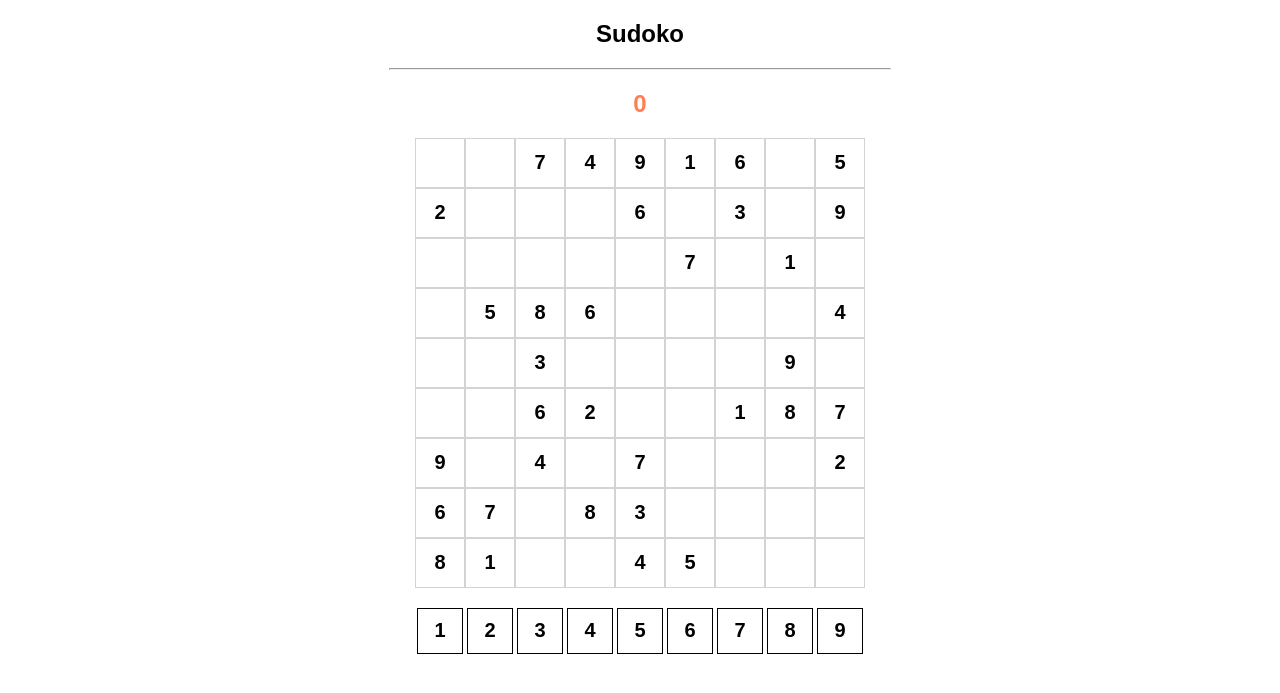
Repository: divyaravada/javascript-games
Page: sudoko/sudoko.html
The author's editor kept a copy of each file at every save. The page is drawn from the files as they stood at one save, then again after the next save.
The browser window is 1280 px wide. The pictures show the whole page.
After loading, the first visible `#\31` was clicked once.

Above is the page before, as saved 2022-03-15 18:20:43.

### sudoko/sudoko.html
<!DOCTYPE html>
<html>
  <head>
    <meta charset="UTF-8" />
    <meta
      name="viewport"
      content="width=device-width"
      initial-scale="1.0"
      user-scalable="no"
    />
    <title>Sudoko Game</title>
    <link rel="stylesheet" href="./sudoko.css" />
  </head>
  <body>
    <h2>Sudoko</h2>
    <hr />
    <h2 id="errors">0</h2>

    <!-- 9x9 board-->
    <div id="board"></div>
    <br />
    <div id="digits"></div>

    <script src="./sudoko.js"></script>
  </body>
</html>

### sudoko/sudoko.css
body {
  font-family: Arial, Helvetica, sans-serif;
  text-align: center;
}
hr {
  width: 500px;
}
#errors {
  color: coral;
}
#board {
  width: 450px;
  height: 450px;

  margin: 0 auto;
  display: flex;
  flex-wrap: wrap;
}
#digits {
  width: 450px;
  height: 50px;

  margin: 0 auto;
  display: flex;
  flex-wrap: wrap;
}
.tile {
  width: 48px;
  height: 48px;
  border: 1px solid lightgray;

  font-size: 20px;
  font-weight: bold;
  display: flex;
  justify-content: center;
  align-items: center;
}
.number {
  width: 44px;
  height: 44px;
  border: 1px solid black;
  margin: 2px;

  font-size: 20px;
  font-weight: bold;
  display: flex;
  justify-content: center;
  align-items: center;
}

### sudoko/sudoko.js
var numSelected = null;
var titleSelected = null;
var errors = 0;

var board = [
  "--74916-5",
  "2---6-3-9",
  "-----7-1-",
  "-586----4",
  "--3----9-",
  "--62--187",
  "9-4-7---2",
  "67-83----",
  "81--45---",
];
var solutions = [
  "387491625",
  "241568379",
  "569327418",
  "758619234",
  "123784596",
  "496253187",
  "934176852",
  "675832941",
  "812945763",
];

window.onload = function () {
  setGame();
};

function setGame() {
  //digits 1-9
  for (let i = 1; i <= 9; i++) {
    let number = document.createElement("div");
    number.id = i;
    number.innerText = i;
    number.addEventListener("click", selectNumber);
    number.classList.add("number");
    document.getElementById("digits").appendChild(number);
  }
  //Board
  for (let r = 0; r < 9; r++) {
    for (let c = 0; c < 9; c++) {
      let tile = document.createElement("div");
      tile.id = r.toString() + "-" + c.toString();
      if (board[r][c] != "-") {
        tile.innerText = board[r][c];
      }
      tile.addEventListener("click", selectTitle);
      tile.classList.add("tile");
      document.getElementById("board").append(tile);
    }
  }
}

function selectNumber() {
  if (numSelected != null) {
    numSelected.classList.remove("number-selected");
  }
  numSelected = this;
  numSelected.classList.add("number-selected");
}

function selectTitle() {
  if (numSelected) {
    if (this.innerText != "") {
      return;
    }
    this.innerText = numSelected.id;
  }
}

After the next save:
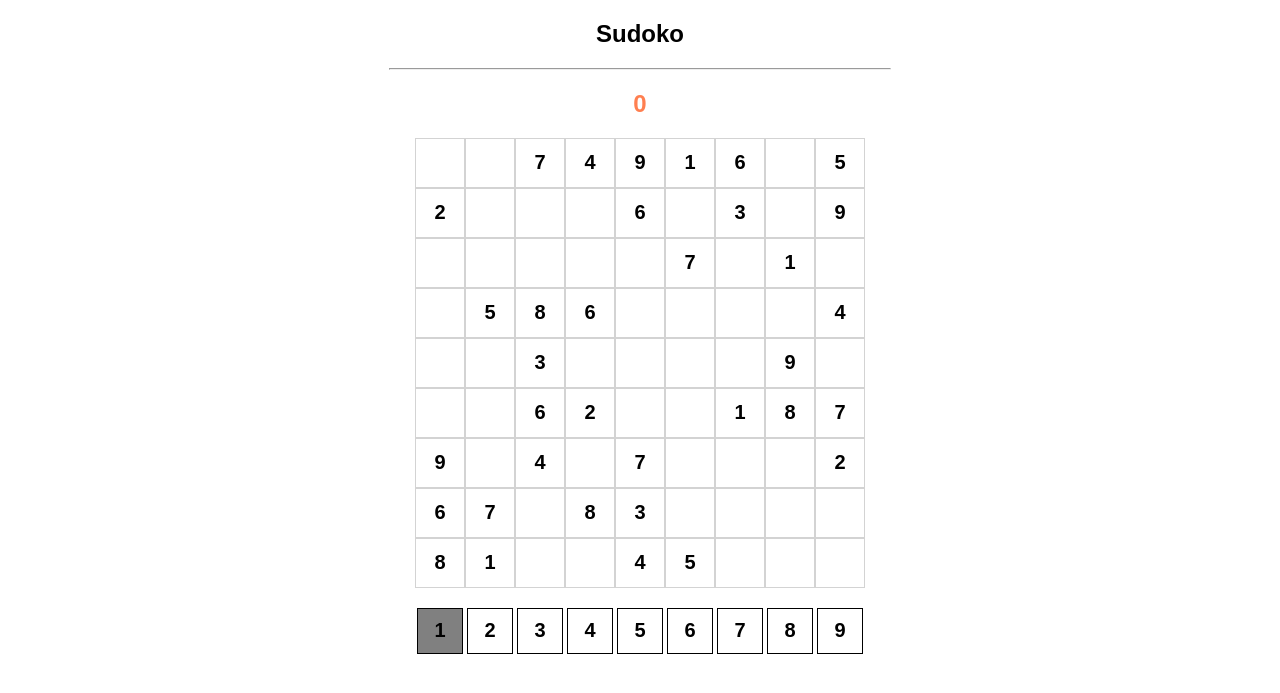
Saved 37 s later.
--- a/sudoko/sudoko.css
+++ b/sudoko/sudoko.css
@@ -47,3 +47,7 @@ hr {
   justify-content: center;
   align-items: center;
 }
+
+.number-selected {
+  background-color: gray;
+}
